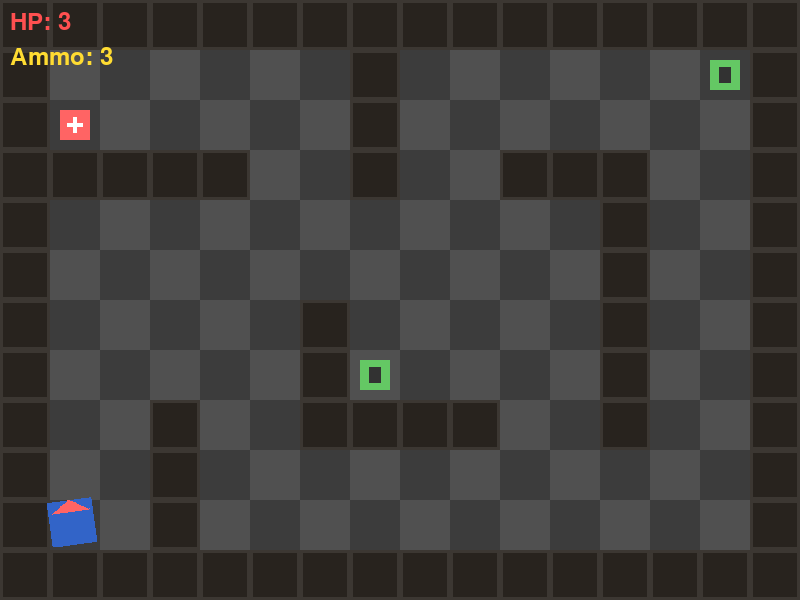
Repository: vjacheslavl/bb-apes
Script's output: python game.py
These files come from the project's save history. The script's output is drawn as it stood at one moment and after the next save; the edit follows.
The window is shown after at most 60 frames with no key pressed. Random numbers start from a fixed seed.

Above is the script's output before, as saved 2026-03-07 13:25:58.

After the next save:
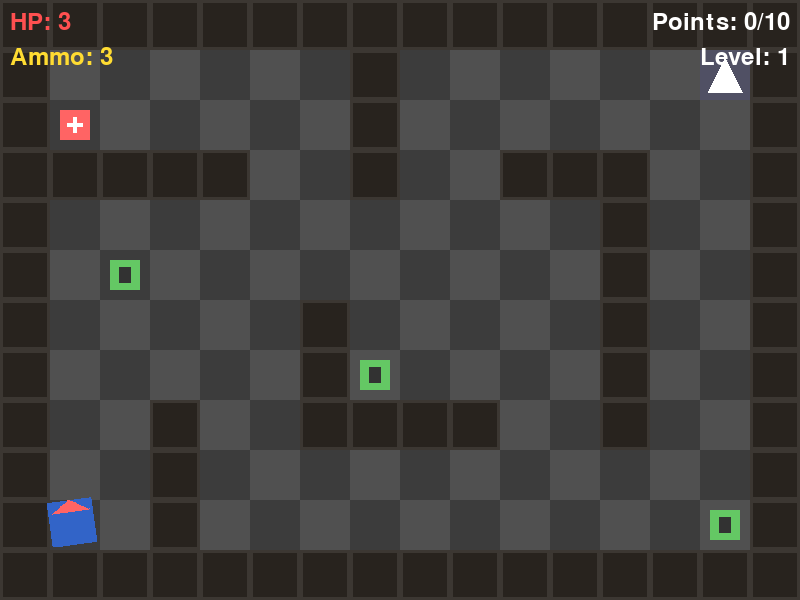
Saved 7 min 53 s later.
--- a/game.py
+++ b/game.py
@@ -20,21 +20,23 @@ BULLET_COLOR = (255, 220, 50)
 MAX_HP = 3
 MEDKIT_COLOR = (255, 100, 100)
 AMMO_COLOR = (100, 200, 100)
+EXIT_COLOR = (100, 200, 255)
+POINTS_TO_EXIT = 10
 
 font = None
 
 LEVEL_MAP = [
     [1, 1, 1, 1, 1, 1, 1, 1, 1, 1, 1, 1, 1, 1, 1, 1],
-    [1, 0, 0, 0, 0, 0, 0, 1, 0, 0, 0, 0, 0, 0, 3, 1],
+    [1, 0, 0, 0, 0, 0, 0, 1, 0, 0, 0, 0, 0, 0, 4, 1],
     [1, 2, 0, 0, 0, 0, 0, 1, 0, 0, 0, 0, 0, 0, 0, 1],
     [1, 1, 1, 1, 1, 0, 0, 1, 0, 0, 1, 1, 1, 0, 0, 1],
     [1, 0, 0, 0, 0, 0, 0, 0, 0, 0, 0, 0, 1, 0, 0, 1],
-    [1, 0, 0, 0, 0, 0, 0, 0, 0, 0, 0, 0, 1, 0, 0, 1],
+    [1, 0, 3, 0, 0, 0, 0, 0, 0, 0, 0, 0, 1, 0, 0, 1],
     [1, 0, 0, 0, 0, 0, 1, 0, 0, 0, 0, 0, 1, 0, 0, 1],
     [1, 0, 0, 0, 0, 0, 1, 3, 0, 0, 0, 0, 1, 0, 0, 1],
     [1, 0, 0, 1, 0, 0, 1, 1, 1, 1, 0, 0, 1, 0, 0, 1],
     [1, 0, 0, 1, 0, 0, 0, 0, 0, 0, 0, 0, 0, 0, 0, 1],
-    [1, 0, 0, 1, 0, 0, 0, 0, 0, 0, 0, 0, 0, 0, 0, 1],
+    [1, 0, 0, 1, 0, 0, 0, 0, 0, 0, 0, 0, 0, 0, 3, 1],
     [1, 1, 1, 1, 1, 1, 1, 1, 1, 1, 1, 1, 1, 1, 1, 1],
 ]
 
@@ -78,6 +80,20 @@ class AmmoPack:
     def draw(self, surface):
         pygame.draw.rect(surface, AMMO_COLOR, self.rect)
         pygame.draw.rect(surface, (50, 50, 50), (self.rect.centerx - 6, self.rect.centery - 8, 12, 16))
+
+
+class Exit:
+    def __init__(self, x, y):
+        self.rect = pygame.Rect(x, y, TILE_SIZE, TILE_SIZE)
+
+    def draw(self, surface, player_has_enough_points):
+        color = EXIT_COLOR if player_has_enough_points else (80, 80, 100)
+        pygame.draw.rect(surface, color, self.rect)
+        pygame.draw.polygon(surface, WHITE, [
+            (self.rect.centerx, self.rect.top + 8),
+            (self.rect.left + 8, self.rect.bottom - 8),
+            (self.rect.right - 8, self.rect.bottom - 8)
+        ])
 
 
 def create_walls():
@@ -92,13 +108,16 @@ def create_walls():
 def create_pickups():
     medkits = []
     ammo_packs = []
+    exits = []
     for row_idx, row in enumerate(LEVEL_MAP):
         for col_idx, cell in enumerate(row):
             if cell == 2:
                 medkits.append(Medkit(col_idx * TILE_SIZE, row_idx * TILE_SIZE))
             elif cell == 3:
                 ammo_packs.append(AmmoPack(col_idx * TILE_SIZE, row_idx * TILE_SIZE))
-    return medkits, ammo_packs
+            elif cell == 4:
+                exits.append(Exit(col_idx * TILE_SIZE, row_idx * TILE_SIZE))
+    return medkits, ammo_packs, exits
 
 
 class Bullet:
@@ -138,6 +157,7 @@ class Player:
         self.angle = 0
         self.hp = 3
         self.ammo = 3
+        self.points = 0
 
         self.original_surface = pygame.Surface((self.width, self.height), pygame.SRCALPHA)
         pygame.draw.rect(self.original_surface, BLUE, (0, 0, self.width, self.height))
@@ -198,22 +218,27 @@ class Player:
         surface.blit(rotated, rect.topleft)
 
 
-def draw_ui(surface, player):
+def draw_ui(surface, player, level):
     global font
     if font is None:
         font = pygame.font.Font(None, 36)
 
     hp_text = font.render(f"HP: {player.hp}", True, (255, 80, 80))
     ammo_text = font.render(f"Ammo: {player.ammo}", True, (255, 220, 50))
+    points_text = font.render(f"Points: {player.points}/{POINTS_TO_EXIT}", True, WHITE)
+    level_text = font.render(f"Level: {level}", True, WHITE)
 
     surface.blit(hp_text, (10, 10))
     surface.blit(ammo_text, (10, 45))
+    surface.blit(points_text, (SCREEN_WIDTH - points_text.get_width() - 10, 10))
+    surface.blit(level_text, (SCREEN_WIDTH - level_text.get_width() - 10, 45))
 
 
 def main():
+    level = 1
     player = Player(50, SCREEN_HEIGHT - 100)
     walls = create_walls()
-    medkits, ammo_packs = create_pickups()
+    medkits, ammo_packs, exits = create_pickups()
     bullets = []
 
     running = True
@@ -254,7 +279,21 @@ def main():
                 player.add_ammo(3)
                 ammo_pack.alive = False
 
+        if player.points >= POINTS_TO_EXIT:
+            for exit_tile in exits:
+                if player_rect.colliderect(exit_tile.rect):
+                    level += 1
+                    player.x = 50
+                    player.y = SCREEN_HEIGHT - 100
+                    medkits, ammo_packs, exits = create_pickups()
+                    bullets = []
+                    break
+
+        has_enough_points = player.points >= POINTS_TO_EXIT
+
         draw_floor(screen)
+        for exit_tile in exits:
+            exit_tile.draw(screen, has_enough_points)
         for wall in walls:
             wall.draw(screen)
         for medkit in medkits:
@@ -266,7 +305,7 @@ def main():
         for bullet in bullets:
             bullet.draw(screen)
         player.draw(screen)
-        draw_ui(screen, player)
+        draw_ui(screen, player, level)
         pygame.display.flip()
 
         clock.tick(FPS)
